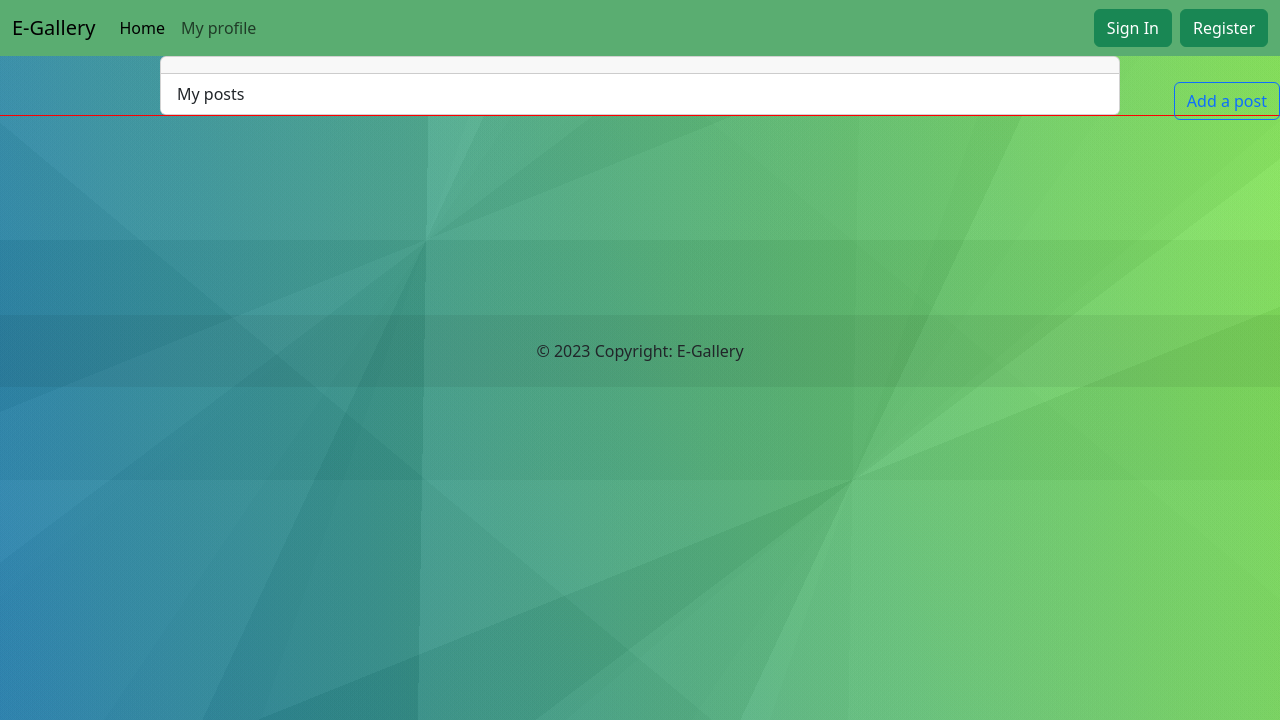
Repository: NicolasMartiel/ProjetJEE
Page: http://localhost/myprofile
The author's editor kept a copy of each file at every save. The page is drawn from the files as they stood at one save, then again after the next save.
The browser window is 1280 px wide. The pictures show the whole page.
The page is this project's Thymeleaf template; nobody is signed in. The template is opened directly, without the code that normally fills it, so the values that code supplies are empty.

Above is the page before, as saved 2023-11-05 22:45:48.

After the next save:
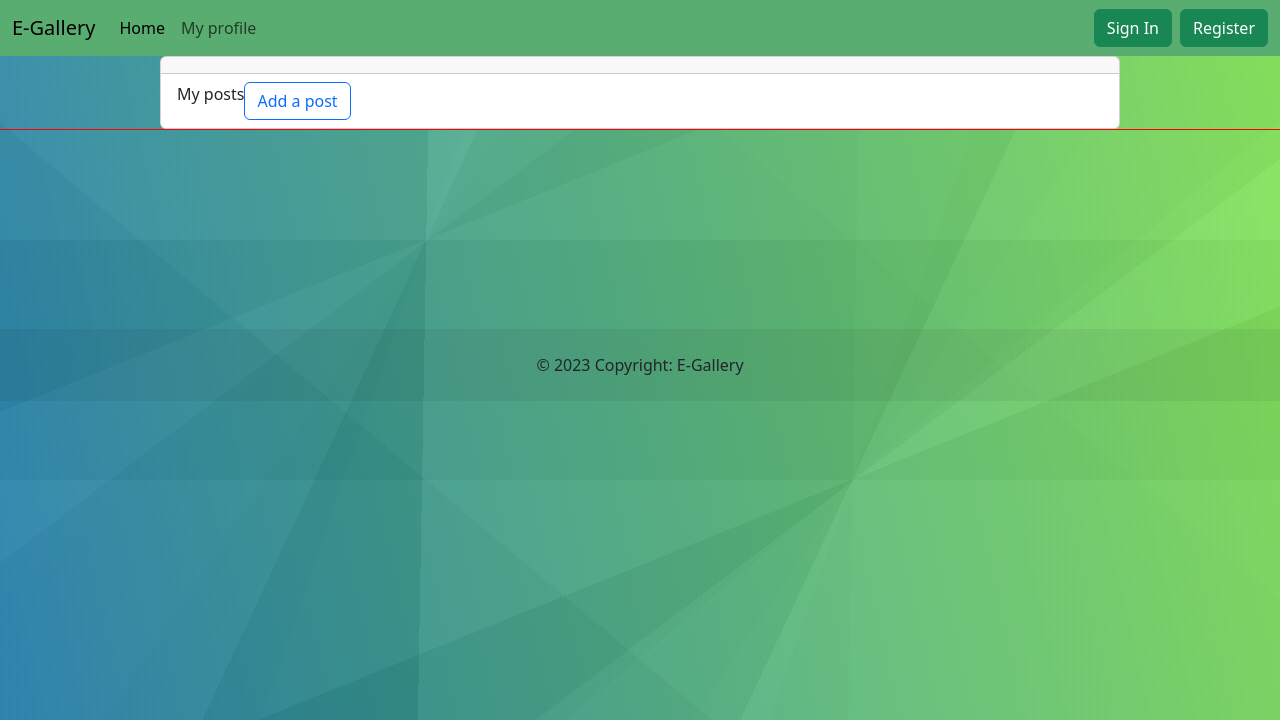
Saved 10 s later.
--- a/webapp/src/main/resources/static/css/index.css
+++ b/webapp/src/main/resources/static/css/index.css
@@ -96,7 +96,7 @@ body {
 
 ._position {
 
-	position: fixed;
+	position: relative;
 	right:0;
 
 }
